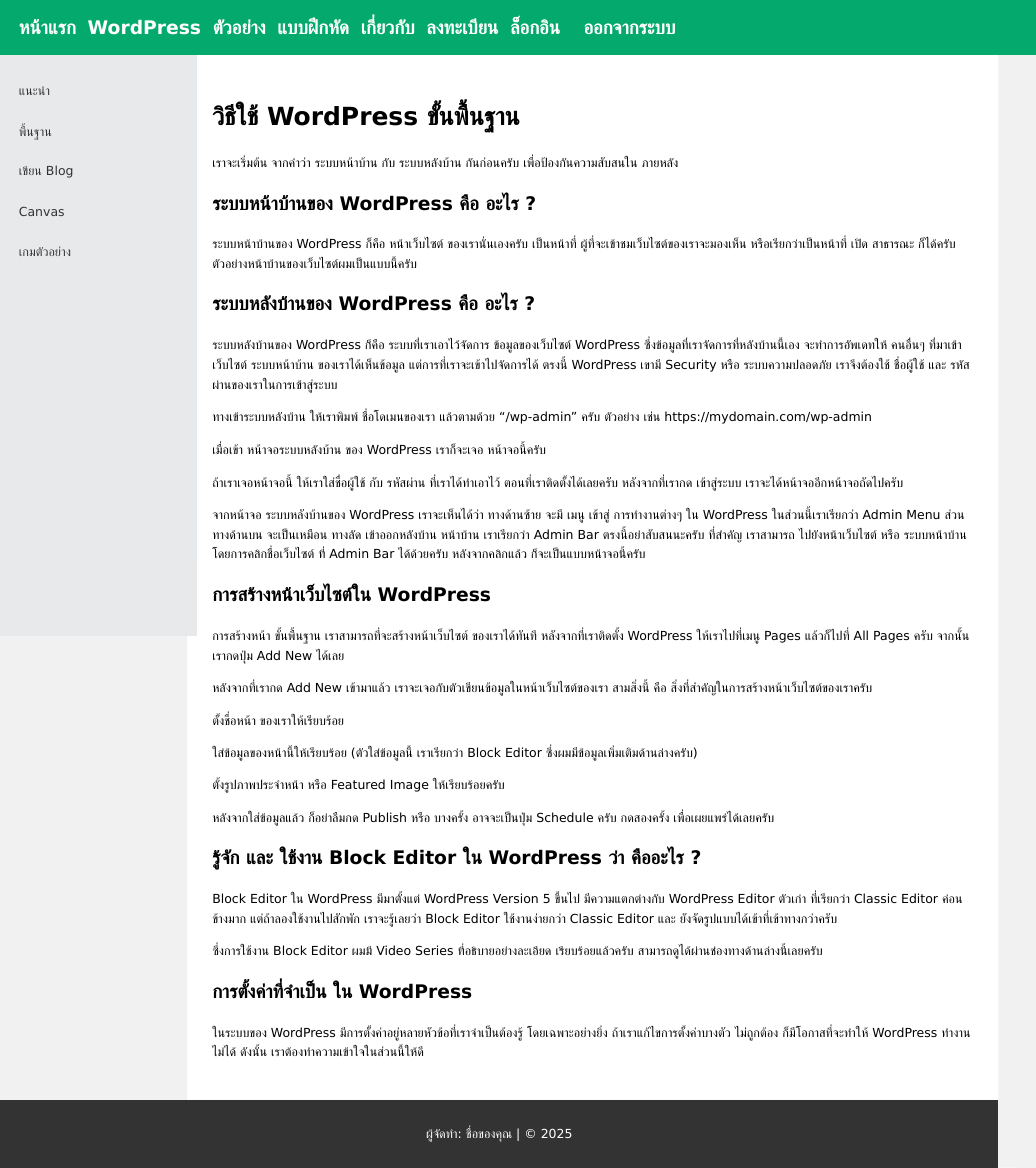
Repository: staggil/thesis
Page: lessons/js-basic.html
The author's editor kept a copy of each file at every save. The page is drawn from the files as they stood at one save, then again after the next save.
The browser window is 1280 px wide. The page is 1328 px wide, so the pictures cover 1328 px, including what lies to the right of the window. The pictures show the whole page, at 78% of full size.
The page's requests for data from a server got no answer.

Above is the page before, as saved 2025-12-16 09:01:31.

After the next save:
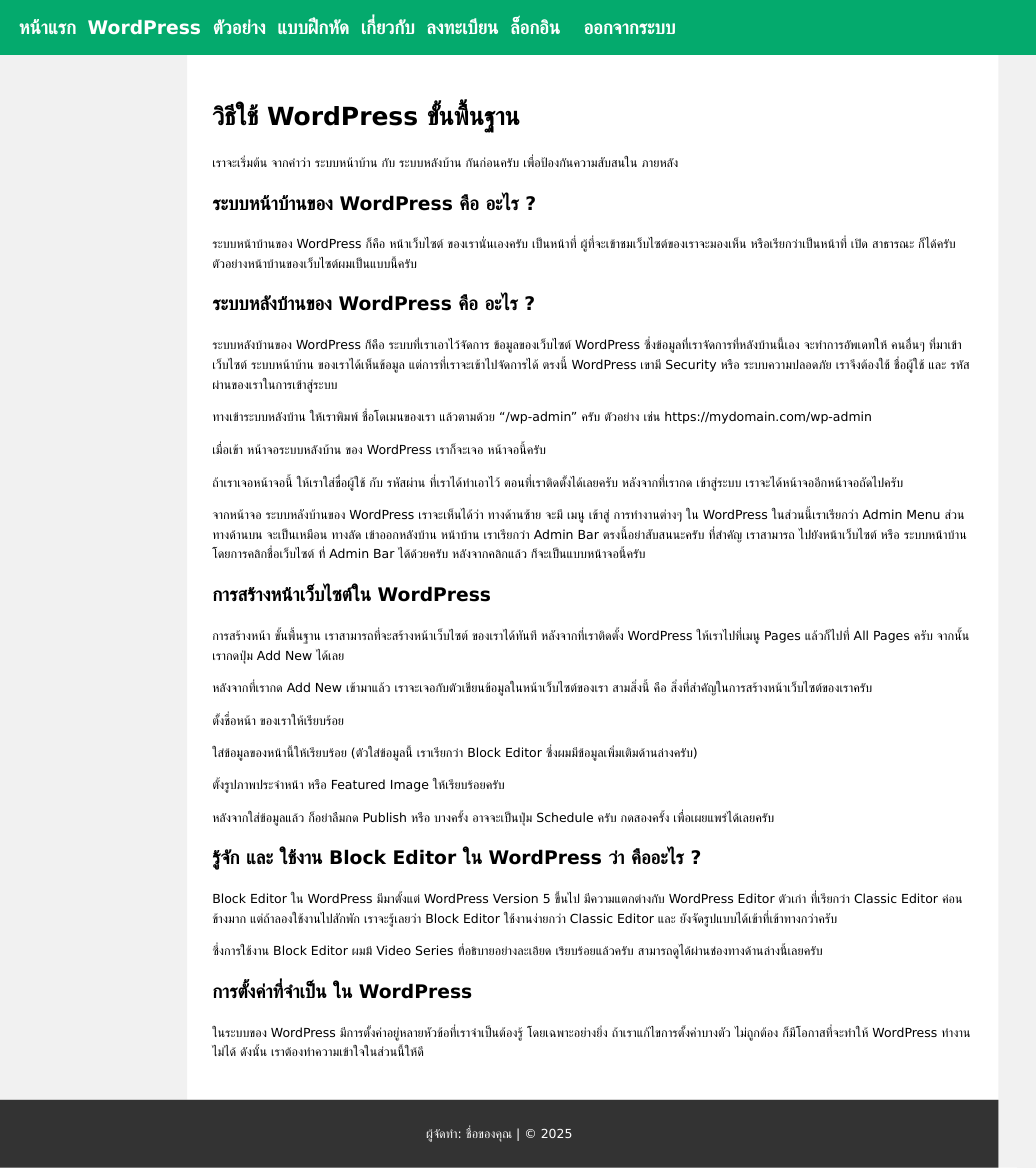
Saved 37 s later.
--- a/lessons/js-basic.html
+++ b/lessons/js-basic.html
@@ -7,14 +7,14 @@
     <link rel="stylesheet" href="/style.css">
     <script src="/script.js" defer></script>
 </head>
-<body data-sidebar="/components/sidebar.html">
+<body>
 
     <!-- header -->
     <div id="header-placeholder"></div>
 
 
 
-   <div id="sidebar-placeholder"></div>
+
 <div class="layout">
     <!-- content -->
     <main id="main-content">
